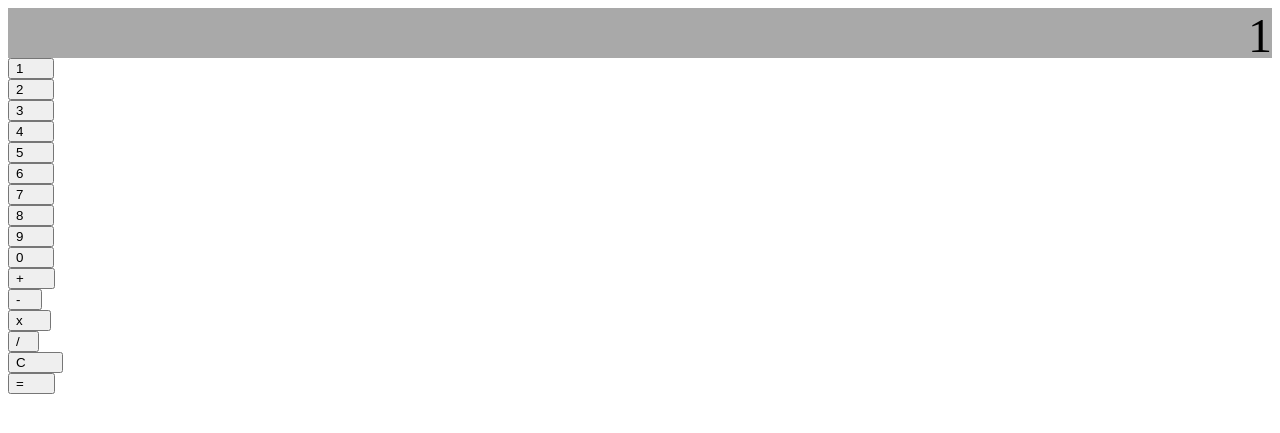
Repository: TEazy2433/LAB-calculator
Page: index.html
These files come from the project's save history. The page is drawn as it stood at one moment and after the next save; the edit follows.
The browser window is 1280 px wide. The pictures show the whole page.

Above is the page before, as saved 2023-10-13 17:08:27.

After the next save:
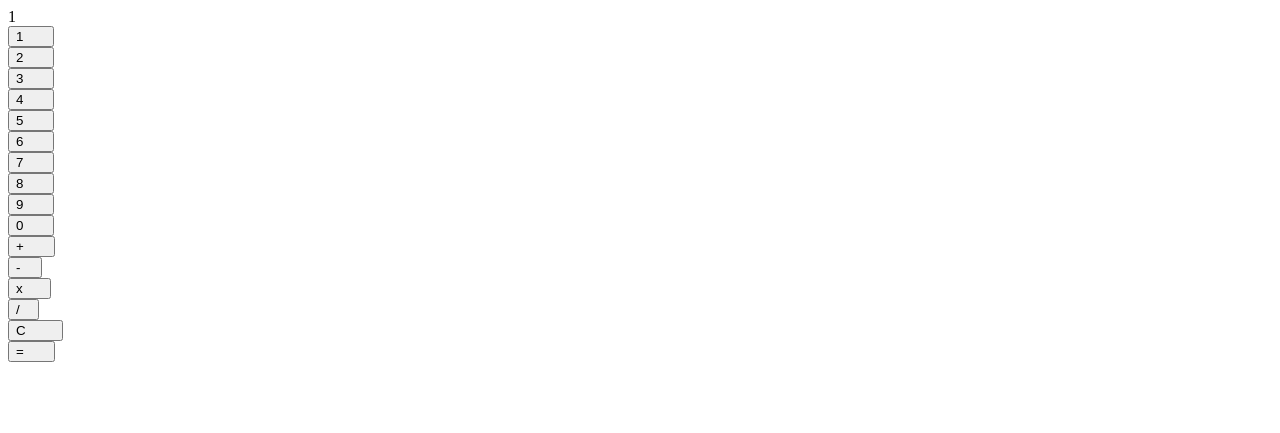
Saved 12 s later.
--- a/main.css
+++ b/main.css
@@ -3,12 +3,7 @@
 
 }
 .display{
-  width: 100%;
-  background-color: darkGrey;
-  height: 50px;
-  font-size: 48px;
-  display: flex;
-  justify-content: flex-end;
+
 
 }
 .buttons{
